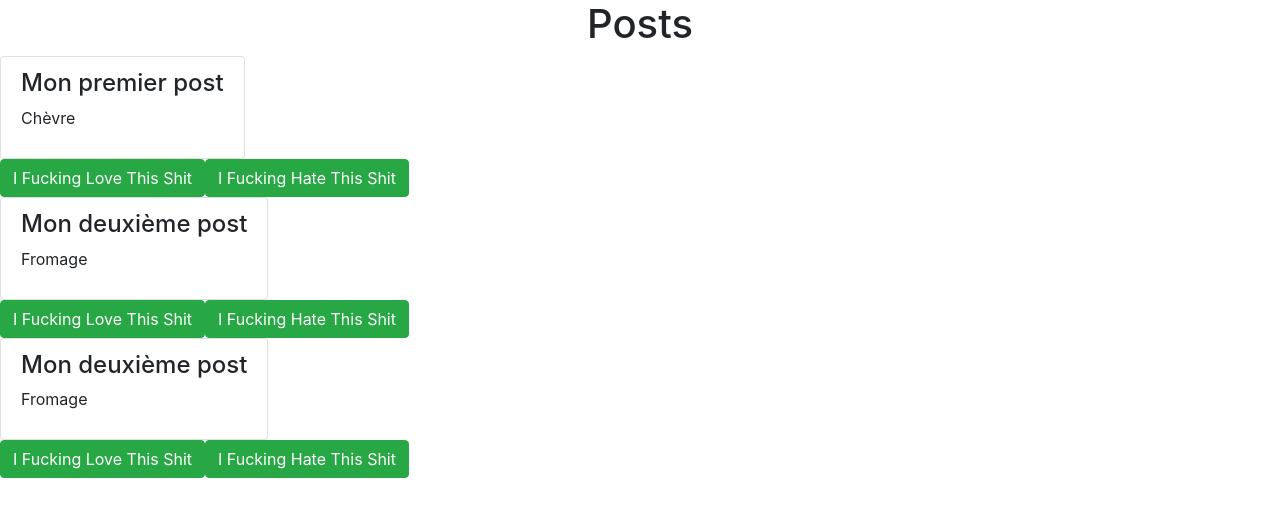
Repository: BillThePony/Ng-Blog-OC
Page: /
These files come from the project's save history. The page is drawn as it stood at one moment and after a run of saves; the edit follows.
The browser window is 1280 px wide. The pictures show the whole page.
The project was rebuilt for these pictures with package versions that can differ from the ones it lists, and the page was loaded fresh each time. Also part of the build but not shown: angular.json.

Above is the page before, as saved 2018-10-09 18:10:42.

### src/index.html
<!doctype html>
<html lang="en">
<head>
  <meta charset="utf-8">
  <title>MonBlog</title>
  <base href="/">

  <meta name="viewport" content="width=device-width, initial-scale=1">
  <link rel="icon" type="image/x-icon" href="favicon.ico">
</head>
<body>
  <app-root></app-root>
</body>
</html>

### src/app/app.component.ts
import { Component } from "@angular/core";
import { Post } from "../app/model/post";

@Component({
  selector: "app-root",
  templateUrl: "./app.component.html",
  styleUrls: ["./app.component.css"]
})
export class AppComponent {


  arrayPost :  Post[] = [
    new Post("Mon premier post", "Chèvre"),
    new Post("Mon deuxième post", "Fromage"),
    new Post("Mon deuxième post", "Fromage")
  ];
}

### src/app/post-list/post-list.component.ts
import { Component, OnInit, Input } from "@angular/core";
import { Post } from "../model/post";

@Component({
  selector: "app-post-list",
  templateUrl: "./post-list.component.html",
  styleUrls: ["./post-list.component.css"]
})
export class PostListComponent implements OnInit {
  @Input()
  postTableau: Post[];

  constructor() {}

  ngOnInit() {}
}

### src/app/post-list-item/post-list-item.component.ts
import { Component, OnInit, Input } from "@angular/core";
import { Post } from "../model/post";

@Component({
  selector: "app-post-list-item",
  templateUrl: "./post-list-item.component.html",
  styleUrls: ["./post-list-item.component.css"]
})
export class PostListItemComponent implements OnInit {
  @Input()
  postContenu: Post[];

  loveIts: number = 0;
  Like: boolean;

  constructor() {}

  ngOnInit() {}

  iLoveIt() {
    this.loveIts += 1;
    console.log(this.loveIts);
  }
  iDontLoveIt() {
    this.loveIts -= 1;
  }

  defineColor() {
    if (this.loveIts > 0) {
      this.Like = true;
    }
    if (this.loveIts < 0) {
      this.Like = false;
    }
  }
}

### src/app/app.component.html
<div style="text-align:center">
  <h1>
    Posts
  </h1>
</div>

<app-post-list [postTableau]="arrayPost"></app-post-list>

### src/app/model/post.ts
export class Post {
  title: string;
  content: string;
  loveIts: number;

  constructor(title, content, loveIts?) {
    this.title = title;
    this.content = content;
    this.loveIts = loveIts;
  }
}

### src/app/post-list/post-list.component.html
<div *ngFor="let post of postTableau">
  <app-post-list-item [postContenu]="post"></app-post-list-item>
</div>

### src/app/post-list-item/post-list-item.component.html
<div style="text-align:center"></div>
<div class="container-fluid">
    <div class="row">
        <div class="col-xs-12">
            <li [ngClass]="{'list-group-item' : true,
                'list-group-item-success' : this.Like === true,
                'list-group-item-danger': this.Like === false}">

                <h4>{{postContenu.title}}</h4>
                <p>{{postContenu.content}}</p>
            </li>
        </div>
    </div>
</div>



<button class="btn btn-success" (click)=iLoveIt()>I Fucking Love This Shit</button>
<button class="btn btn-success" (click)=iDontLoveIt()>I Fucking Hate This Shit</button>

Loaded but not shown: src/styles.css (common file); src/main.ts (common file); src/app/app.module.ts (common file); src/environments/environment.ts (common file); src/app/app.component.css (no stored copy; drawn as an empty file); src/app/post-list-item/post-list-item.component.css (no stored copy; drawn as an empty file); src/app/post-list/post-list.component.css (no stored copy; drawn as an empty file)

After the next 3 saves:
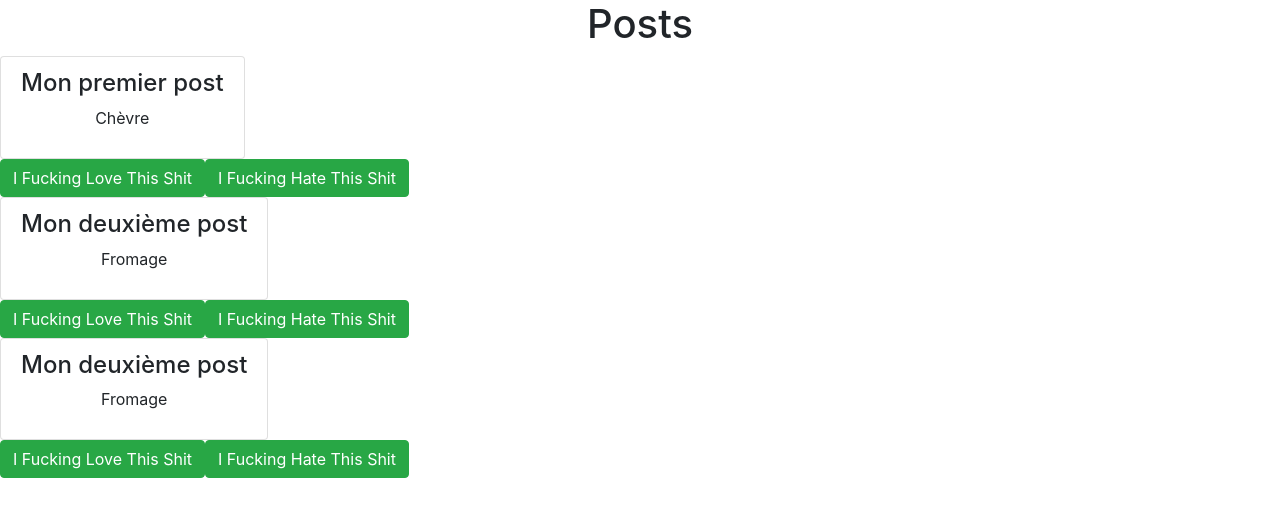
The 3 saves are shown as one change because they came seconds apart.
The last was saved 10 s later.
--- a/src/app/post-list-item/post-list-item.component.html
+++ b/src/app/post-list-item/post-list-item.component.html
@@ -1,14 +1,15 @@
-<div style="text-align:center"></div>
-<div class="container-fluid">
-    <div class="row">
-        <div class="col-xs-12">
-            <li [ngClass]="{'list-group-item' : true,
+<div style="text-align:center">
+    <div class="container-fluid">
+        <div class="row">
+            <div class="col-xs-12">
+                <li [ngClass]="{'list-group-item' : true,
                 'list-group-item-success' : this.Like === true,
                 'list-group-item-danger': this.Like === false}">
 
-                <h4>{{postContenu.title}}</h4>
-                <p>{{postContenu.content}}</p>
-            </li>
+                    <h4>{{postContenu.title}}</h4>
+                    <p>{{postContenu.content}}</p>
+                </li>
+            </div>
         </div>
     </div>
 </div>
